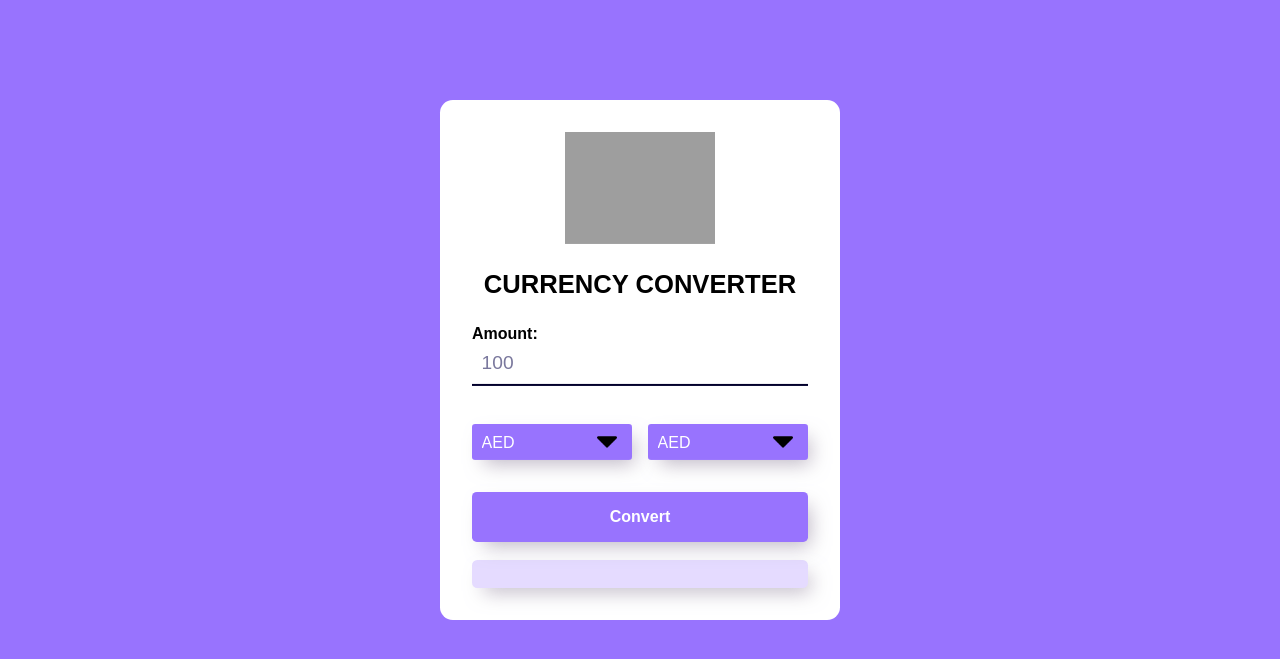
Repository: juansesu3/MoneyExchangeV4
Page: / (app in moneyConvertV4/)
The author's editor kept a copy of each file at every save. The page is drawn from the files as they stood at one save, then again after a run of saves.
The browser window is 1280 px wide. The pictures show the whole page.
Pictures or frames that could not be fetched are drawn as grey boxes. The page's requests for data from a server got no answer. The project was rebuilt for these pictures with package versions that can differ from the ones it lists, and the page was loaded fresh each time. No one was signed in, and anything a server would have sent is missing. Also part of the build but not shown: moneyConvertV4/vite.config.js.

Above is the page before, as saved 2023-03-29 09:46:05.

### moneyConvertV4/index.html
<!DOCTYPE html>
<html lang="en">
  <head>
    <meta charset="UTF-8" />
    <link rel="icon" type="image/svg+xml" href="/vite.svg" />
    <meta name="viewport" content="width=device-width, initial-scale=1.0" />
    <title>Money Exchange</title>
  </head>
  <body>
    <div id="root"></div>
    <script type="module" src="/src/main.jsx"></script>
  </body>
</html>

### moneyConvertV4/src/App.jsx
import { useState, useEffect } from 'react'

import viteLogo from '/vite.svg'
import './App.css'

function App() {


  const currencies = [

    "AED",
    "AFN",
    "ALL",
    "AMD",
    "ANG",
    "AOA",
    "ARS",
    "AUD",
    "AWG",
    "AZN",
    "BAM",
    "BBD",
    "BDT",
    "BGN",
    "BHD",
    "BIF",
    "BMD",
    "BND",
    "BOB",
    "BRL",
    "BSD",
    "BTC",
    "BTN",
    "BWP",
    "BYN",
    "BZD",
    "CAD",
    "CDF",
    "CHF",
    "CLF",
    "CLP",
    "CNY",
    "COP",
    "CRC",
    "CUC",
    "CUP",
    "CVE",
    "CZK",
    "DJF",
    "DKK",
    "DOP",
    "DZD",
    "EGP",
    "ERN",
    "ETB",
    "EUR",
    "FJD",
    "FKP",
    "GBP",
    "GEL",
    "GGP",
    "GHS",
    "GIP",
    "GMD",
    "GNF",
    "GTQ",
    "GYD",
    "HKD",
    "HNL",
    "HRK",
    "HTG",
    "HUF",
    "IDR",
    "ILS",
    "IMP",
    "INR",
    "IQD",
    "IRR",
    "ISK",
    "JEP",
    "JMD",
    "JOD",
    "JPY",
    "KES",
    "KGS",
    "KHR",
    "KMF",
    "KPW",
    "KRW",
    "KWD",
    "KYD",
    "KZT",
    "LAK",
    "LBP",
    "LKR",
    "LRD",
    "LSL",
    "LYD",
    "MAD",
    "MDL",
    "MGA",
    "MKD",
    "MMK",
    "MNT",
    "MOP",
    "MRO",
    "MRU",
    "MUR",
    "MVR",
    "MWK",
    "MXN",
    "MYR",
    "MZN",
    "NAD",
    "NGN",
    "NIO",
    "NOK",
    "NPR",
    "NZD",
    "OMR",
    "PAB",
    "PEN",
    "PGK",
    "PHP",
    "PKR",
    "PLN",
    "PYG",
    "QAR",
    "RON",
    "RSD",
    "RUB",
    "RWF",
    "SAR",
    "SBD",
    "SCR",
    "SDG",
    "SEK",
    "SGD",
    "SHP",
    "SLL",
    "SOS",
    "SRD",
    "SSP",
    "STD",
    "STN",
    "SVC",
    "SYP",
    "SZL",
    "THB",
    "TJS",
    "TMT",
    "TND",
    "TOP",
    "TRY",
    "TTD",
    "TWD",
    "TZS",
    "UAH",
    "UGX",
    "USD",
    "UYU",
    "UZS",
    "VEF",
    "VES",
    "VND",
    "VUV",
    "WST",
    "XAF",
    "XAG",
    "XAU",
    "XCD",
    "XDR",
    "XOF",
    "XPD",
    "XPF",
    "XPT",
    "YER",
    "ZAR",
    "ZMW",
    "ZWL",

  ]



  let api = `https://v6.exchangerate-api.com/v6/48f9da01adc99f959985ea50/latest/USD`;
  const fromDropDown = document.getElementById('from-currency-select');
  const toDropDown = document.getElementById('to-currency-select')


  useEffect(() => {
    fetch(api).then(resp => resp.json())
      .then((data) => console.log(data));

  }, [])



  let convertCurrency = () => {
    //Create References
    const amount = document.querySelector('#amount').value;
    const fromCurrency = fromDropDown.value;
    const toCurrency = toDropDown.value;
    // If amounth input field is not empty
    if (amount.length != 0) {
      let fromExchangeRate = data.conversion_rates[fromCurrency];
      let toExchangeRate = data.conversion_rates[toCurrency];
      const convertedAmount = (amount / fromExchangeRate) * toExchangeRate;
      result.innerHTML = ` ${amount} ${fromCurrency} = ${convertedAmount.toFixed(2)} ${toCurrency}`;
    } else {
      alert('Please fill in the amounth')
    }
  };

  return (
    <div>
      <div className="wrapper">
        <div className="app-details">
          <img src="https://github.com/MatteoSuarez/money-exchange_v3/blob/main/src/ressources/icon.png?raw=true" className="app-icon" />
          <h1 className="app-title">currency converter</h1>
        </div>
        <label htmlFor="amount">Amount:</label>
        <input type="number" id="amount" value="100" />

        <div className="dropdowns">
          <select id="from-currency-select">{currencies.map((currency) => { return (<option>{currency}</option>) })}</select>
          <select id="to-currency-select">{currencies.map((currency) => { return (<option>{currency}</option>) })}</select>
        </div>
        <button id="convert-button" onClick={() => { convertCurrency() }}>Convert</button>
        <p id="result"></p>
      </div>

    </div>
  )
}

export default App

### moneyConvertV4/src/App.css
* {
  padding: 0;
  margin: 0;
  box-sizing: border-box;
  font-family:  "Poppins", sans-serif;
  border: none;
  outline: none;
}

body {
  background-color: #9873fe;
}

.wrapper  {
  width: 90%;
  max-width: 25em;
  background-color: #ffff;
  position: absolute;
  transform: translate(-50%, -50%);
  left: 50%;
  top: 50%;
  padding: 2em;
  border-radius: 0.8em;
}

.app-details {
  display: flex;
  align-items: center;
  flex-direction: column;
}

.app-icon {
  width: 9.37em;
}

.app-title {
  font-size: 1.6em;
  text-transform: uppercase;
  margin-bottom: 1em;
  margin-top: 1em;
}

label {
  display: block;
  font-weight: 600;
}

input#amount {
  font-weight: 400;
  font-size: 1.2em;
  display: block;
  width: 100%;
  border-bottom: 2px solid #02002c;
  color: #7a789d;
  margin-bottom: 2em;
  padding: 0.5em;
}

input#amount:focus {
  color: #9873fa;
  border-color: #9873fa;
}

.dropdowns {
  display: flex;
  align-items: center;
  justify-content: space-between;
  gap: 1em;
}

select {
  width: 100%;
  padding: 0.6em;
  font-size: 1em;
  border-radius: 0.2em;
  appearance: none;
  -webkit-appearance: none;
  -moz-appearance: none;
  background-image: url(../src/assets/arrow-down.png);
  background-repeat: no-repeat;
  background-position: right 15px top 50%, center;
  background-size: 20px 20px;
  background-color: #9873fe;
  color: #ffff;
  box-shadow: 7px 9px 19px -5px rgba(170, 160, 179, 0.75);
}

select:hover{
  cursor: pointer;

}

select:active {
  box-shadow: 1 1 1  blue;
  font-size: 1.01em;
}

select option {
  background-color: #ffff;
  color: #02002c;
}

button {
  font-size: 1em;
  width: 100%;
  background-color: #9873fe;
  padding: 1em 0;
  margin-top: 2em;
  border-radius: 0.3em;
  color: #ffff;
  font-weight: 600;
  box-shadow: 7px 9px 19px -5px rgba(170, 160, 179, 0.75);
}

button:hover{
  cursor: pointer;

}

button:active {
  box-shadow: 1 1 1  blue;
  font-size: 1.05em;
}

#result {
  font-size: 1.1em;
  text-align: center;
  margin-top: 1em;
  color: #02002c;
  background-color: #e5dbff;
  padding: 0.8em 0;
  border-radius: 0.3em;
  box-shadow: 7px 9px 19px -5px rgba(170, 160, 179, 0.75);
}

Loaded but not shown: moneyConvertV4/src/main.jsx (common file)

After the next 3 saves:
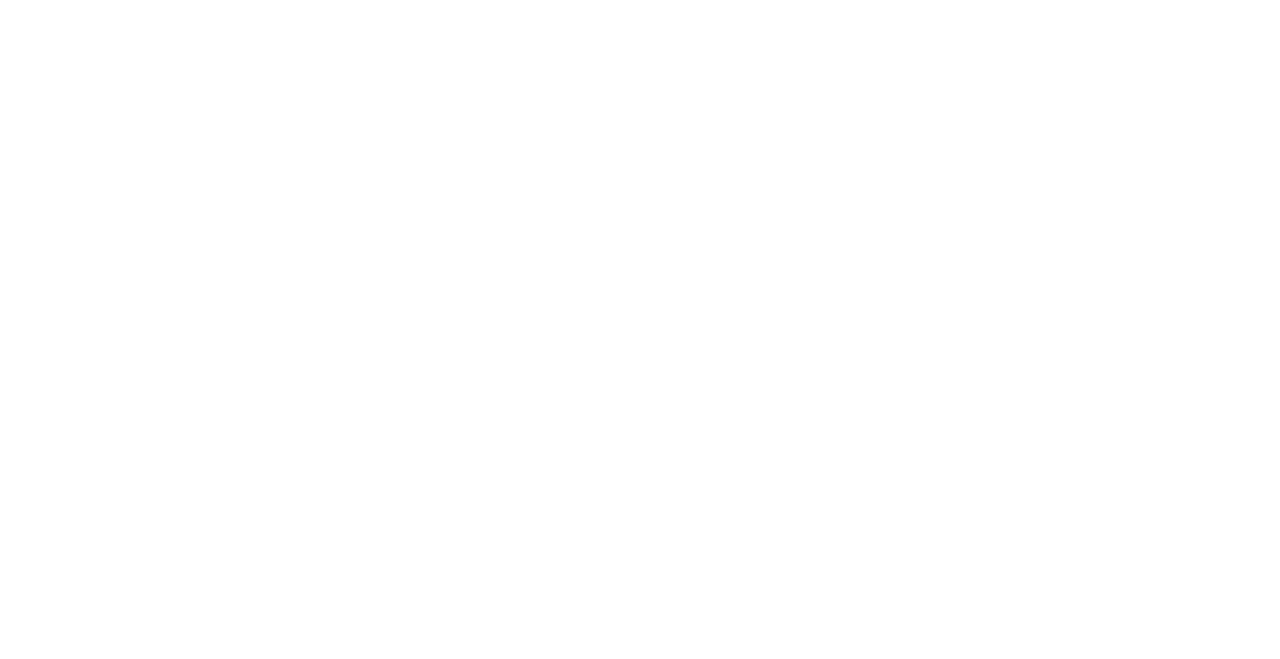
Console error: SyntaxError: Missing initializer in destructuring declaration
The 3 saves are shown as one change because 1 did not build or start and some came seconds apart.
The last was saved 25 s later.
--- a/moneyConvertV4/src/App.jsx
+++ b/moneyConvertV4/src/App.jsx
@@ -181,7 +181,7 @@
 
   ]
 
-
+  let [data]
 
   let api = `https://v6.exchangerate-api.com/v6/48f9da01adc99f959985ea50/latest/USD`;
   const fromDropDown = document.getElementById('from-currency-select');

After the 5 saves that followed:
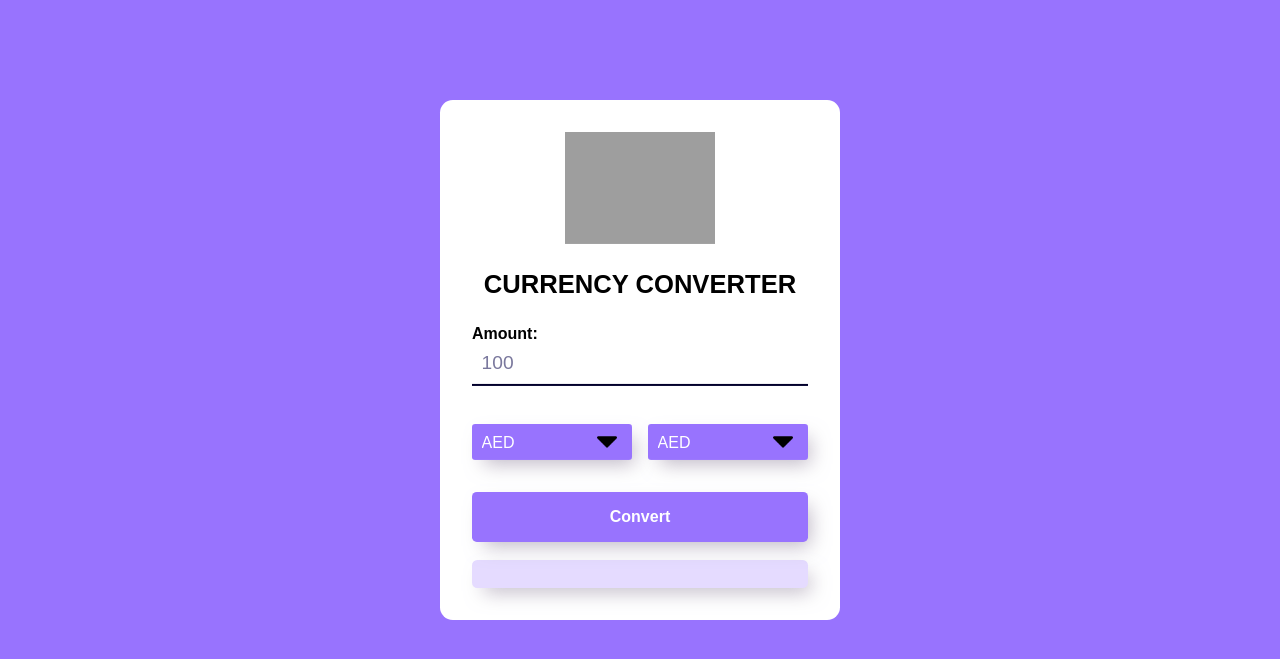
The error is gone.
The 5 saves are shown as one change because 1 left the picture as it was and some came seconds apart.
The last was saved 15 s later.
--- a/moneyConvertV4/src/App.jsx
+++ b/moneyConvertV4/src/App.jsx
@@ -181,7 +181,7 @@
 
   ]
 
-  let [data]
+  let [data, setData]= useState(null)
 
   let api = `https://v6.exchangerate-api.com/v6/48f9da01adc99f959985ea50/latest/USD`;
   const fromDropDown = document.getElementById('from-currency-select');
